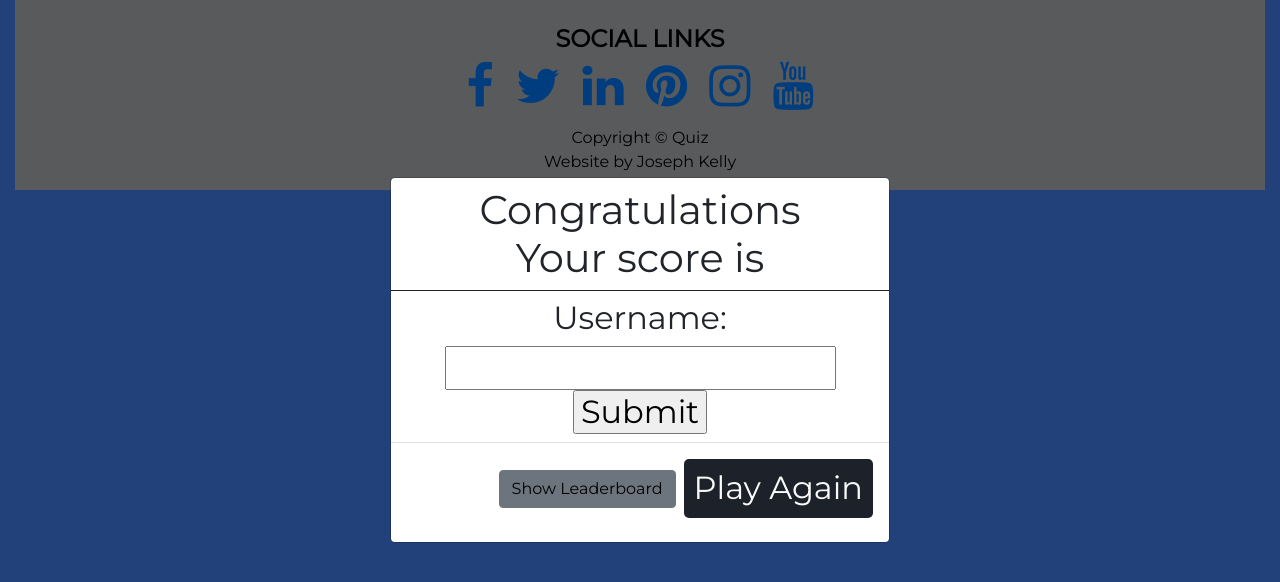
Repository: Code-Institute-Submissions/quiz-1
Page: leaderboard.html
The author's editor kept a record of every edit. The page is drawn from the files as they stood at one moment, then again after the next edit.
The browser window is 1280 px wide. The pictures show the window.
A layer covers the whole window, so only the first screen is drawn. An inner scrolling area shows only its first screen.

Above is the page before.
Console error: SyntaxError: Unexpected token ')'

After the next edit:
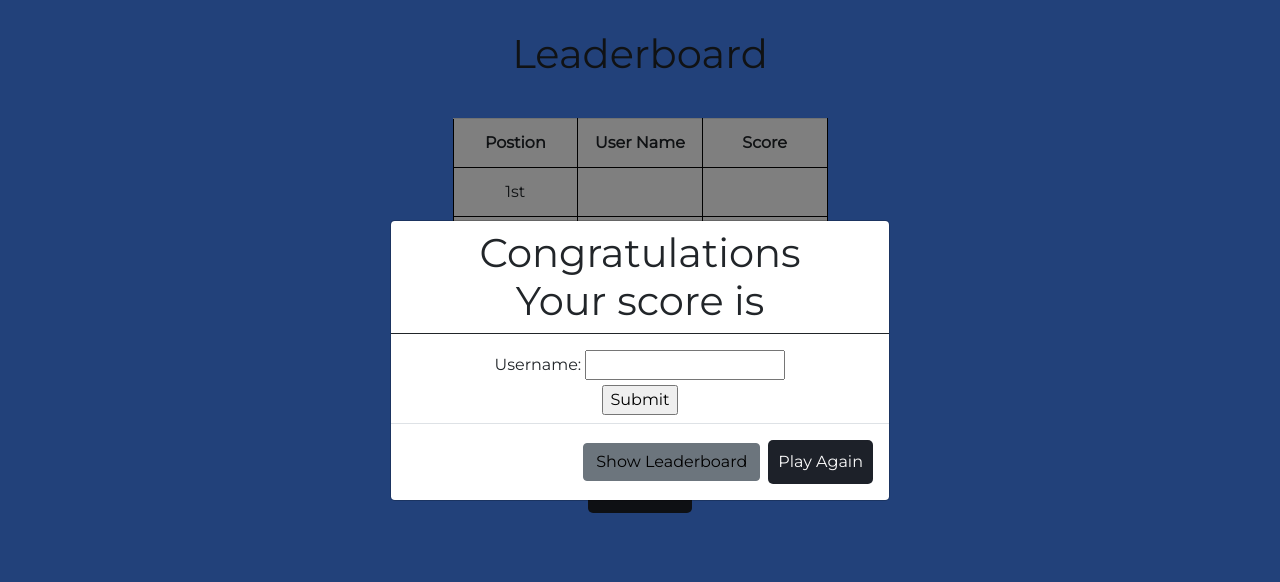
The edit:
--- a/leaderboard.html
+++ b/leaderboard.html
@@ -24,7 +24,7 @@
                         <h1>Congratulations<br>Your score is</h1>
                     </div>
                     <div>
-                        <h2
+                        <h2 id="scorePercent"></h2>
                     </div>
                     <div class="modal-form">
                         <form>
